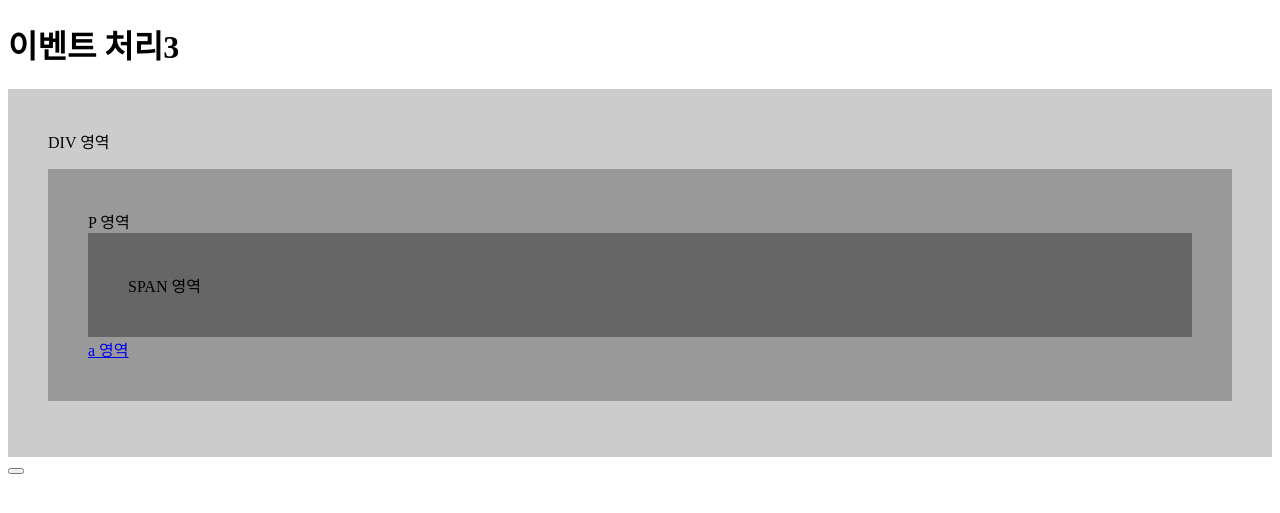
Repository: mira-yoon/vue_1
Page: /
An editor plug-in stored every save of this project. The page is shown before and after the next save, followed by the edit.
The browser window is 1280 px wide. The pictures show the whole page.
The project was rebuilt for these pictures with package versions that can differ from the ones it lists, and the page was loaded fresh each time. Also part of the build but not shown: vite.config.js.

Above is the page before, as saved 2023-04-10 17:45:14.

After the next save:
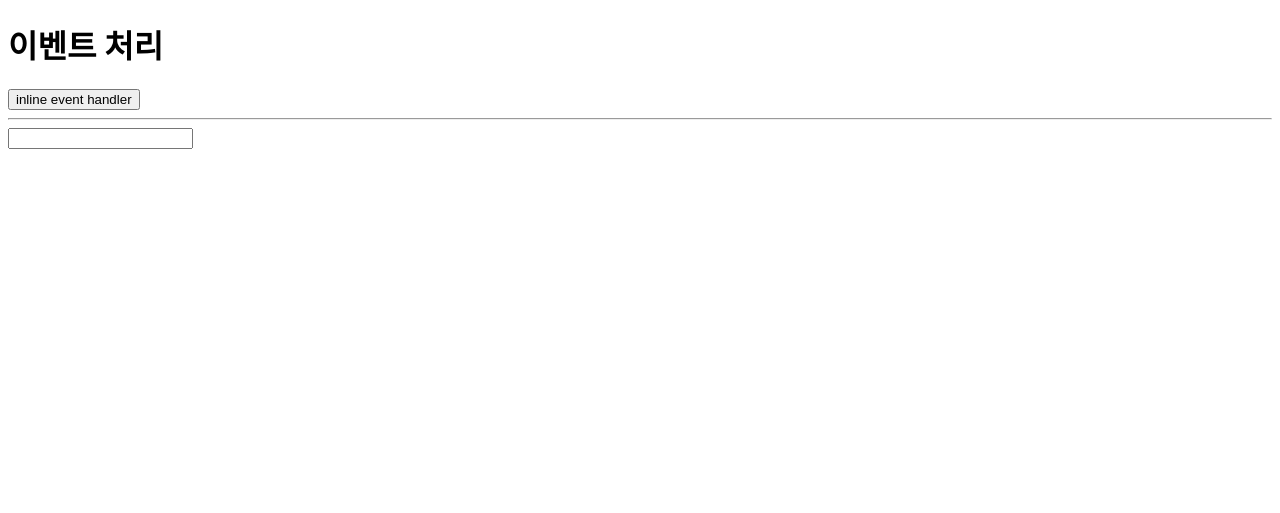
Saved 60 s later.
--- a/src/App.vue
+++ b/src/App.vue
@@ -1,61 +1,31 @@
 <template>
 	<div>
-		<h1>이벤트 처리3</h1>
+		<h1>이벤트 처리</h1>
 
-		<div id="modifier">
-			<div @click="clickDiv">
-				DIV 영역
-				<p @click.self="clickP">
-					P 영역
-					<!-- .self 수식어 - 클릭한 요소가 나 자신일 때 이벤트를 실행한다.
-					span을 클릭해도, div에만 버블링이 일어나고, p에는 영향이 없다. -->
-					<span @click="clickSpan"> SPAN 영역 </span>
-					<a href="https://naver.com" @click.prevent.stop="clickA"> a 영역 </a>
-				</p>
-			</div>
-		</div>
-		<button @click.once="clickDiv"></button>
-		<!-- .once는 한 번만 실행되고, 여러번 클릭하면 실행이 안 됨 -->
+		<button @click="printEventInfo('Hello Vue3', $event)">
+			<!-- 인라인 핸들링에서 event 객체에 접근할 수 있습니다. 접근하는 방법는 $event 키워드를 사용합니다. -->
+			inline event handler
+		</button>
+		<hr />
+
+		<input type="text" @keyup="onKeyupHandler" />
 	</div>
 </template>
-<!-- 이벤트 전파는 캡처링에서 시작되어서 버블링으로 마무리되는 이벤트 플로우다.  -->
 
 <script>
 export default {
 	setup() {
-		const clickDiv = () => {
-			console.log('clickDiv');
-			//location.href = 'https://naver.com';
+		const printEventInfo = (message, event) => {
+			console.log('message: ', message);
+			console.log('event.target: ', event.target);
+			console.log('event.target.tagName: ', event.target.tagName);
 		};
-		const clickP = () => {
-			console.log('clickP');
+		const onKeyupHandler = event => {
+			console.log('event.key: ', event.key);
 		};
-		const clickSpan = () => {
-			console.log('clickSpan');
-			alert('좋아요');
-		};
-		const clickA = () => {
-			alert('어떤 기능~');
-		};
-		return { clickDiv, clickP, clickSpan, clickA };
+		return { printEventInfo, onKeyupHandler };
 	},
 };
 </script>
 
-<style scoped>
-#modifier div,
-#modifier p,
-#modifier span {
-	padding: 40px;
-}
-#modifier div {
-	background-color: #ccc;
-}
-#modifier p {
-	background-color: #999;
-}
-#modifier span {
-	background-color: #666;
-	display: block;
-}
-</style>
+<style lang="scss" scoped></style>
